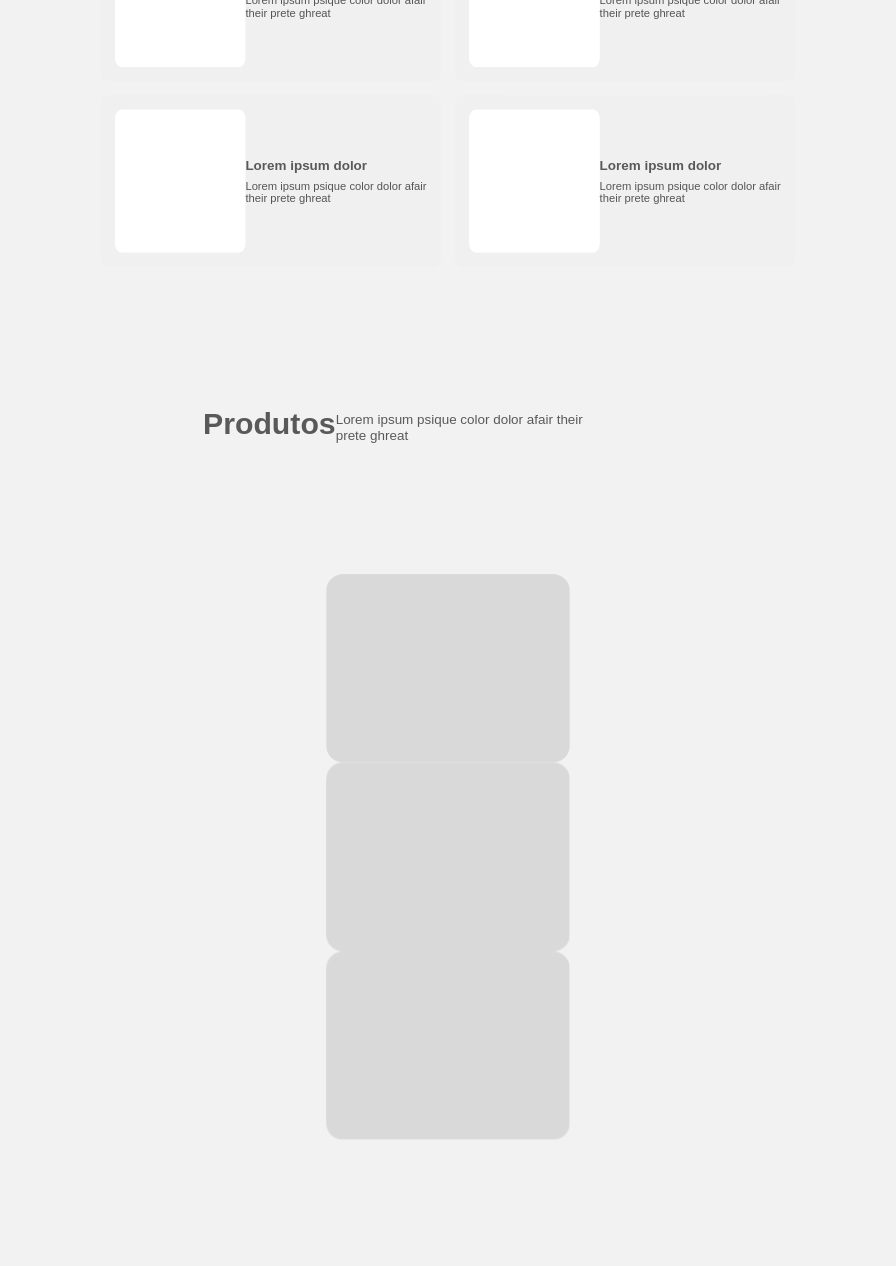
Repository: Matheus904-12/Reforma
Page: index.html
These files come from the project's save history. The page is drawn as it stood at one moment and after the next save; the edit follows.
The browser window is 1280 px wide. The pictures show the part of the page from y = 1113 to 3033 px (the page is 2921 px tall before and 3033 px after), at 70% of full size.

Above is the page before, as saved 2024-08-01 20:21:28.

After the next save:
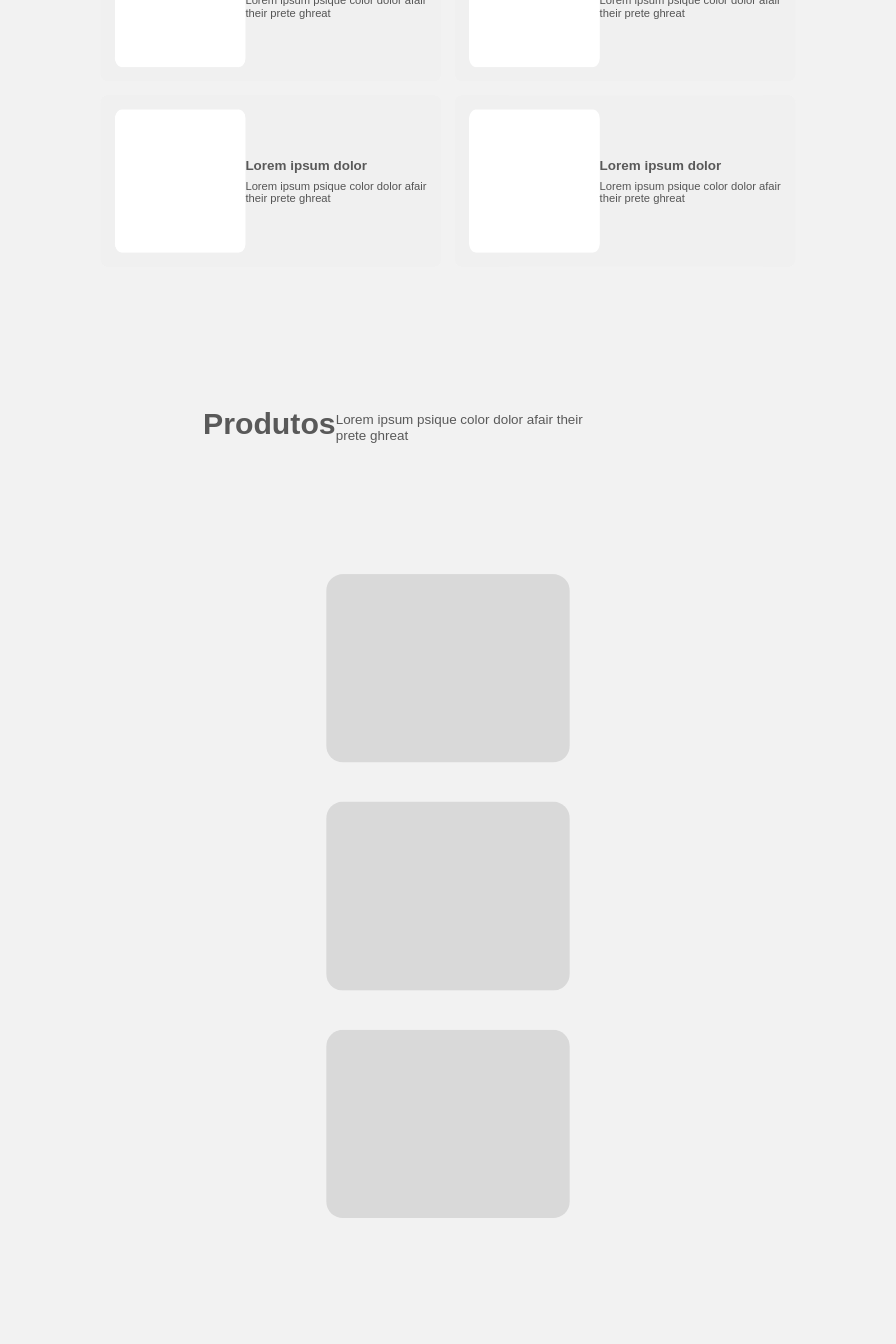
Saved 7 s later.
--- a/styles.css
+++ b/styles.css
@@ -253,7 +253,7 @@ img {
   padding-block: 5rem;
 }
 
-.card__ptoduto {
+.card__produto {
   display: grid;
   row-gap: 3.5rem;
 }
